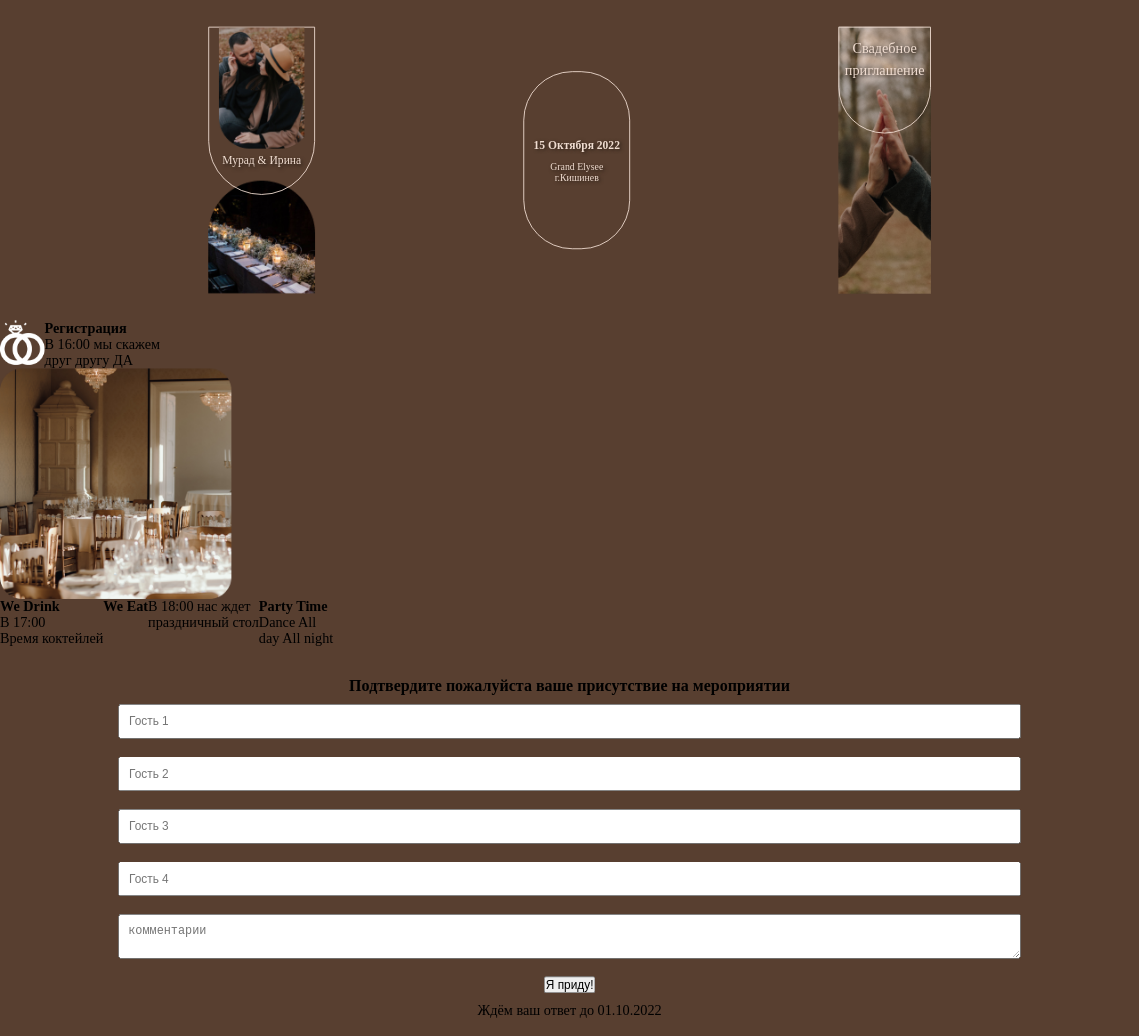
Repository: Anthony8845/wedding_invitation
Page: index.html
The author's editor kept a copy of each file at every save. The page is drawn from the files as they stood at one save, then again after the next save.
The browser window is 1280 px wide. The pictures show the whole page, at 89% of full size.

Above is the page before, as saved 2022-07-29 16:12:54.

After the next save:
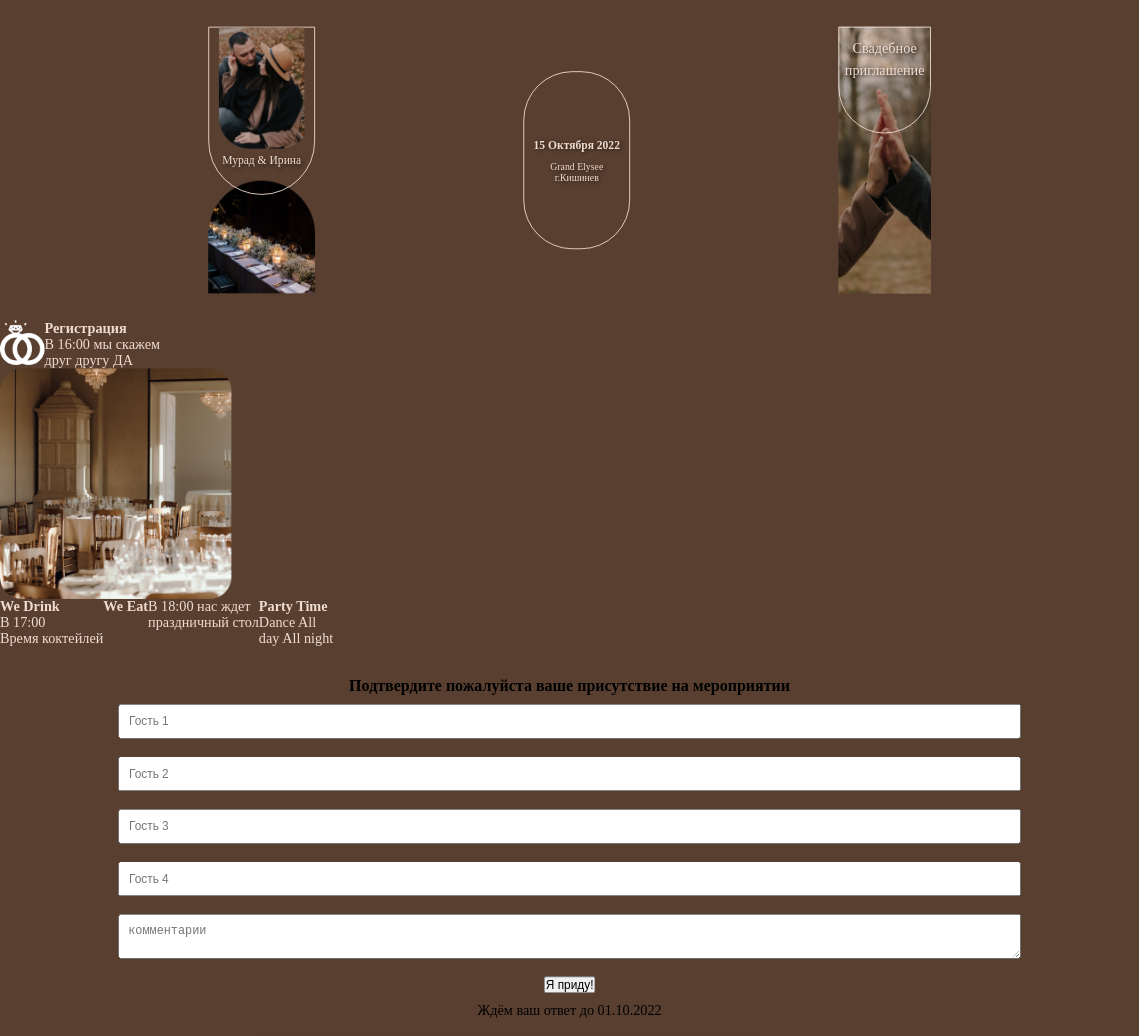
Saved 83 min 46 s later.
--- a/style.css
+++ b/style.css
@@ -98,6 +98,7 @@ body{
 
 
 .timetable {
+    color: rgb(240, 221, 209);
     max-width: 390px;
     height: 400px;
     display: flex;
